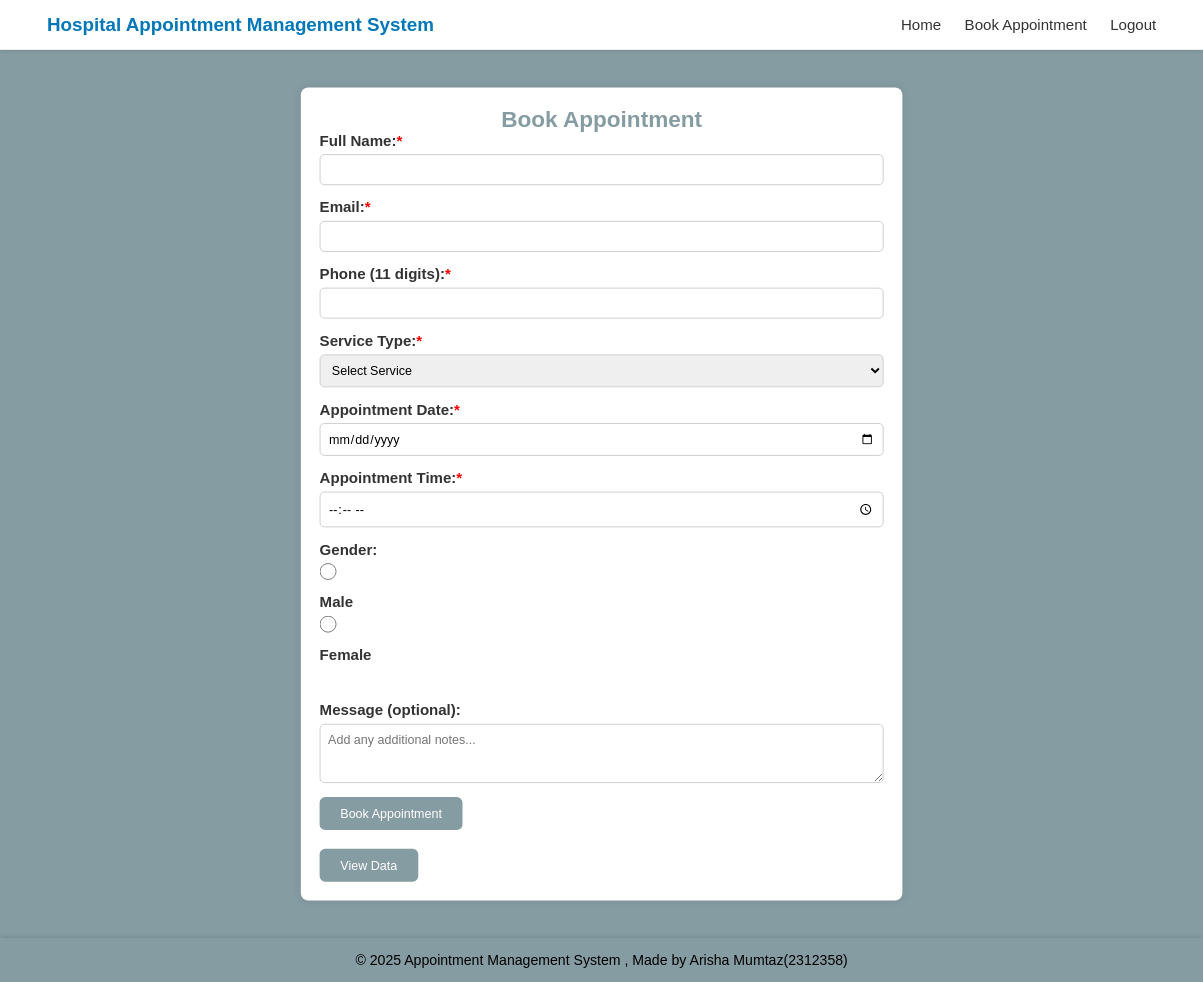
Repository: Arisha004/Hospital-appointment-management-system-
Page: http://localhost/
An editor plug-in stored every save of this project. The page is shown before and after the next save, followed by the edit.
The browser window is 1280 px wide. The pictures show the whole page, at 94% of full size.
The page is run by PHP 8.4 with error messages shown; the project is at /var/www/html/.

Above is the page before, as saved 2025-11-16 14:41:28.

After the next save:
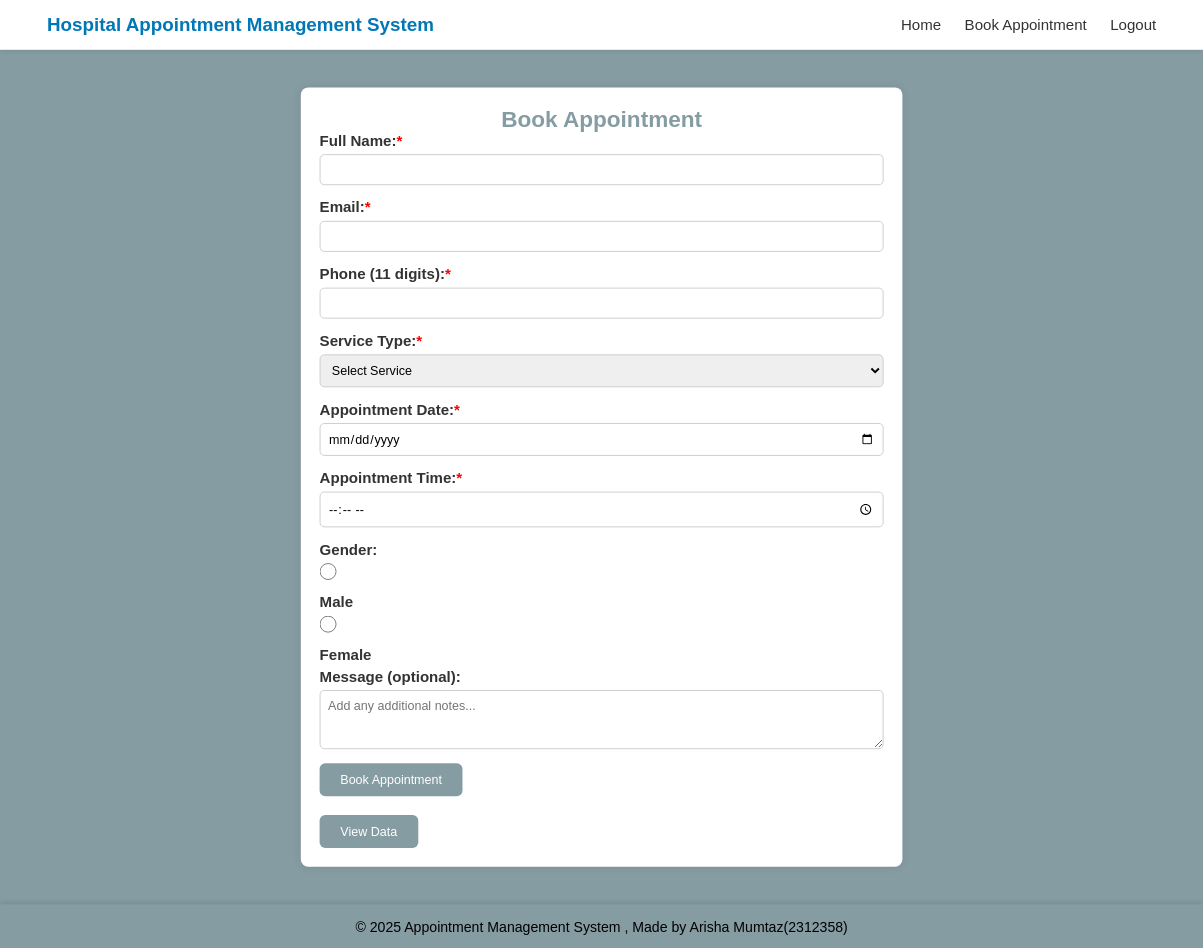
Saved 33 s later.
--- a/index.php
+++ b/index.php
@@ -56,7 +56,7 @@
       <label for="male">Male</label>
       <input type="radio" id="female" name="gender" value="Female">
       <label for="female">Female</label>
-      <br><br>
+
       <!-- <label>Gender:<span>*</span></label>
     <select name="gender" required>
       <option value=""> Select Gender </option>

After the save that followed:
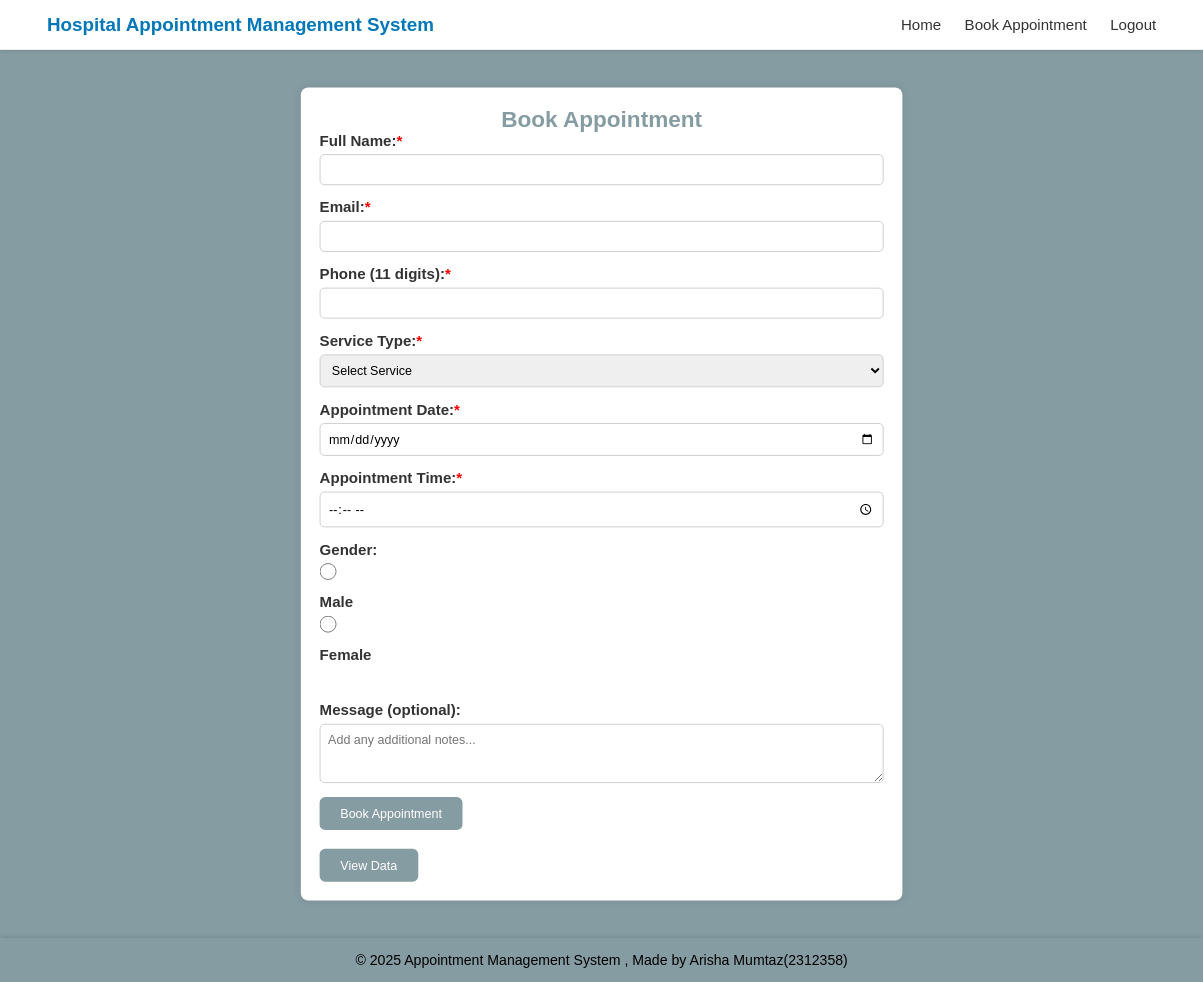
Saved 13 s later.
--- a/index.php
+++ b/index.php
@@ -56,7 +56,7 @@
       <label for="male">Male</label>
       <input type="radio" id="female" name="gender" value="Female">
       <label for="female">Female</label>
-
+      <br><br>
       <!-- <label>Gender:<span>*</span></label>
     <select name="gender" required>
       <option value=""> Select Gender </option>
